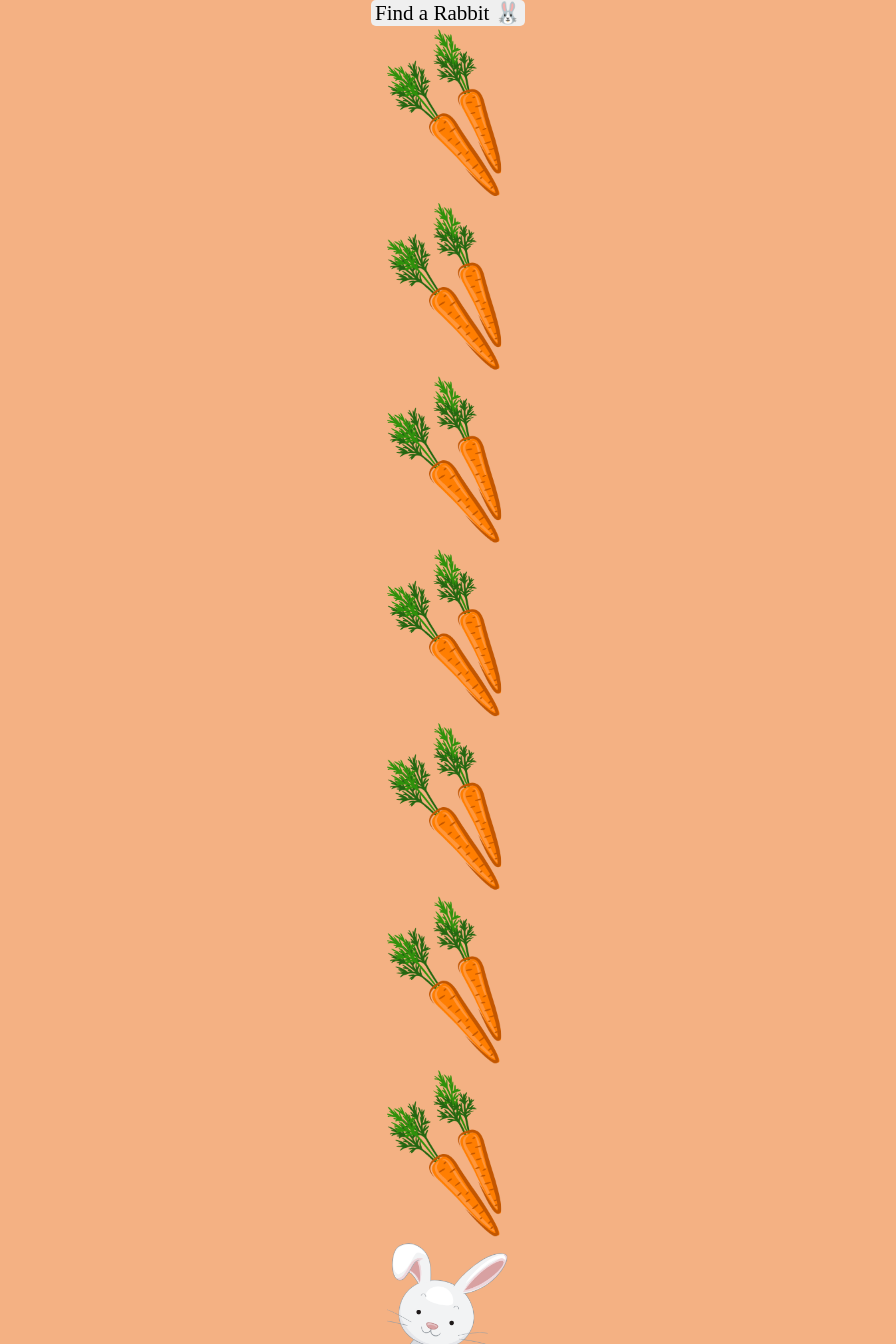
Repository: sephinejo/frontend-browser-101
Page: browser/practice-find-rabbit/index.html
The author's editor kept a copy of each file at every save. The page is drawn from the files as they stood at one save, then again after the next save.
The browser window is 1280 px wide. The pictures show the part of the page from y = 0 to 1920 px (the page is 2978 px tall before and 2976 px after), at 70% of full size.
Some web fonts or font styles are not loaded; a fallback is used.

Above is the page before, as saved 2023-05-10 21:15:34.

### browser/practice-find-rabbit/index.html
<!DOCTYPE html>
<html lang="en">
  <head>
    <meta charset="UTF-8" />
    <meta name="viewport" content="width=device-width, initial-scale=1.0" />
    <title>Scroll</title>
    <link rel="preconnect" href="https://fonts.googleapis.com" />
    <link rel="preconnect" href="https://fonts.gstatic.com" crossorigin />
    <link
      href="https://fonts.googleapis.com/css2?family=Alice&display=swap"
      rel="stylesheet"
    />
    <style>
      body {
        margin: 0;
        display: flex;
        flex-direction: column;
        align-items: center;
        background-color: #f4b183;
      }

      button {
        border-style: none;
        border-radius: 7px;
        padding:
        background-color: #ffd966;
        font-size: 30px;
        font-family: Alice;
      }

      img {
        margin: 5px;
        width: 175px;
      }
    </style>
  </head>
  <body>
    <button>Find a Rabbit 🐰</button>
    <img src="img/carrot.png" alt="carrot" />
    <img src="img/carrot.png" alt="carrot" />
    <img src="img/carrot.png" alt="carrot" />
    <img src="img/carrot.png" alt="carrot" />
    <img src="img/carrot.png" alt="carrot" />
    <img src="img/carrot.png" alt="carrot" />
    <img src="img/carrot.png" alt="carrot" />
    <img src="img/rabbit.png" alt="rabbit" />
    <img src="img/carrot.png" alt="carrot" />
    <img src="img/carrot.png" alt="carrot" />
    <img src="img/carrot.png" alt="carrot" />
    <img src="img/carrot.png" alt="carrot" />

    <script></script>
  </body>
</html>

After the next save:
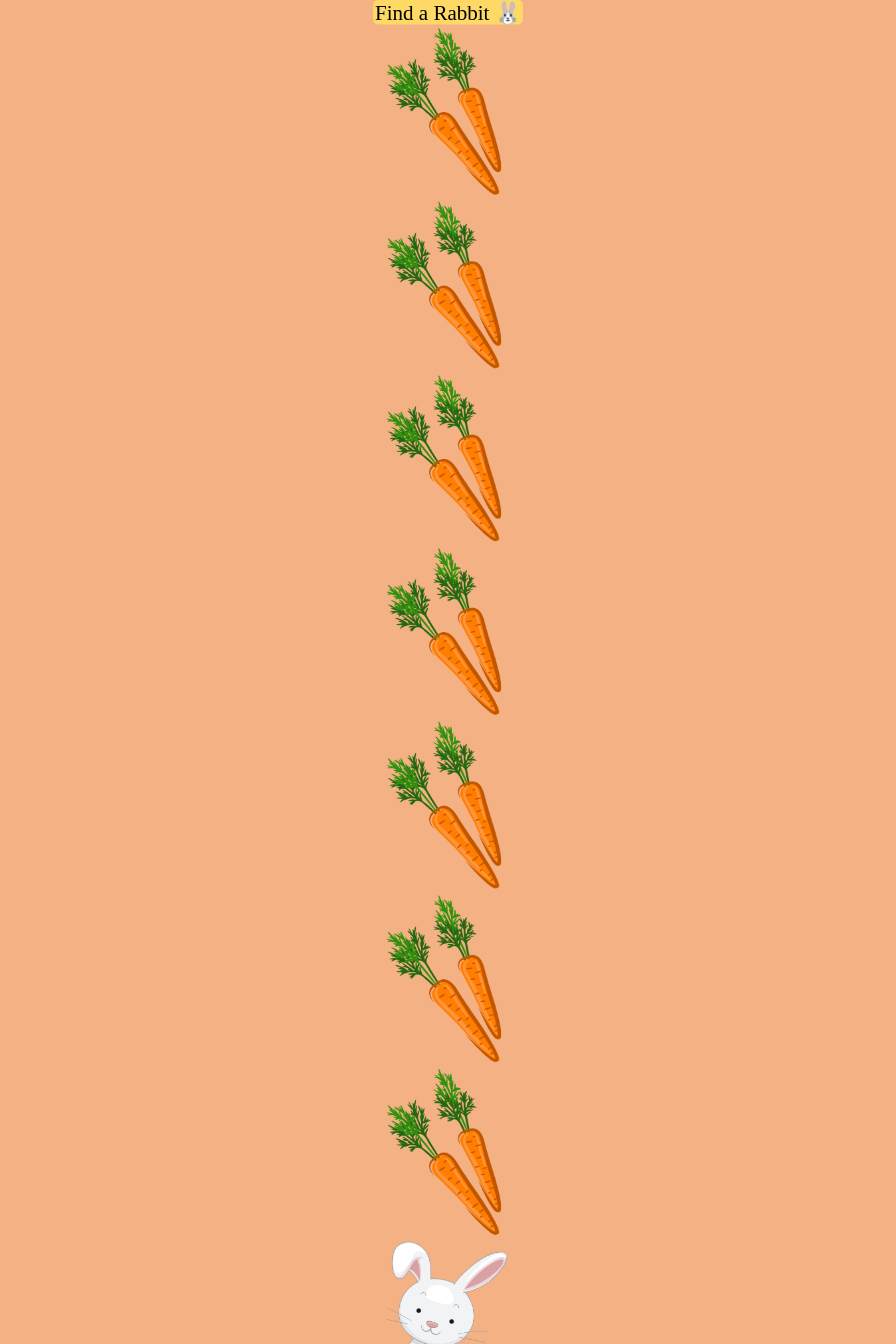
Saved 14 s later.
--- a/browser/practice-find-rabbit/index.html
+++ b/browser/practice-find-rabbit/index.html
@@ -22,7 +22,7 @@
       button {
         border-style: none;
         border-radius: 7px;
-        padding:
+        padding: 0 3px;
         background-color: #ffd966;
         font-size: 30px;
         font-family: Alice;
